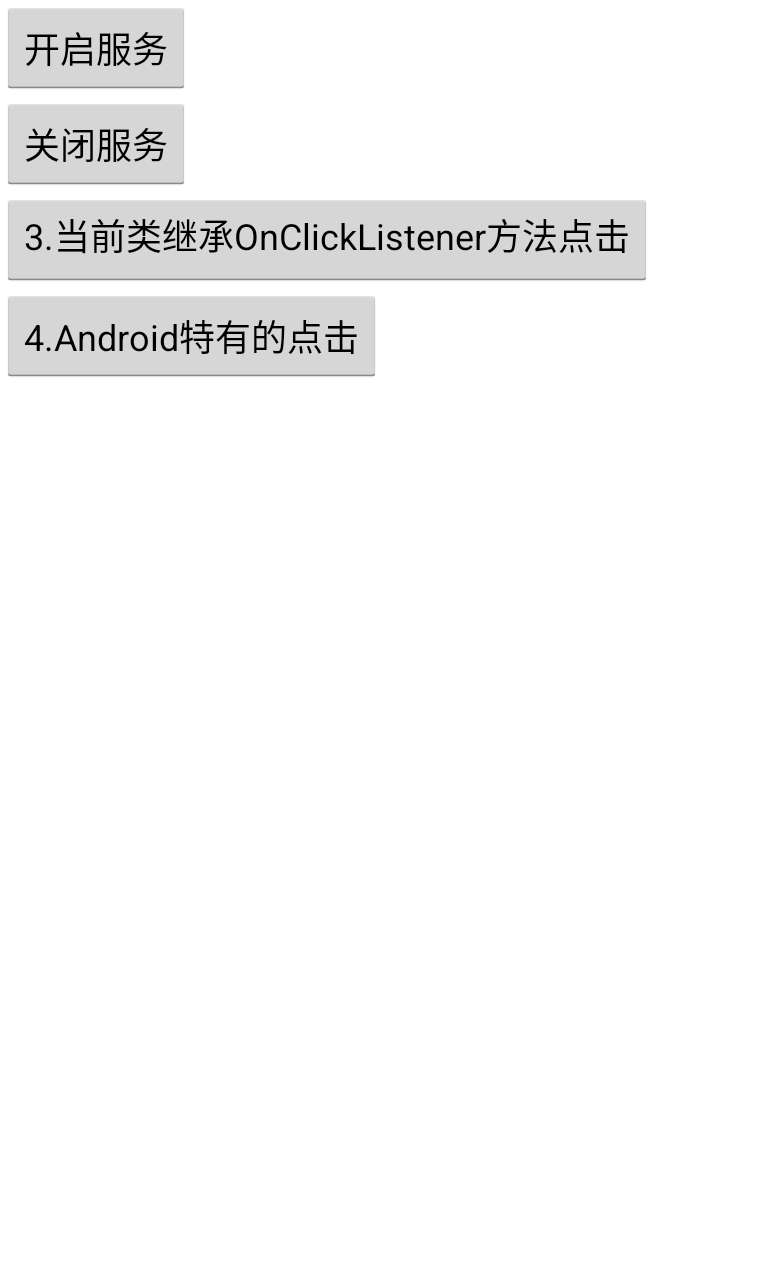
Repository: IvyZh/hm66
Layout: 黑马基础项目/res/layout/activity_service.xml
These files come from the project's save history. The layout is drawn as it stood at one moment and after the next save; the edit follows.
It is drawn on a 768 x 1280 px phone screen (xhdpi) without system bars, with theme AppTheme; the app's code is not run.

Above is the layout before, as saved 2016-05-26 09:03:31.

After the next save:
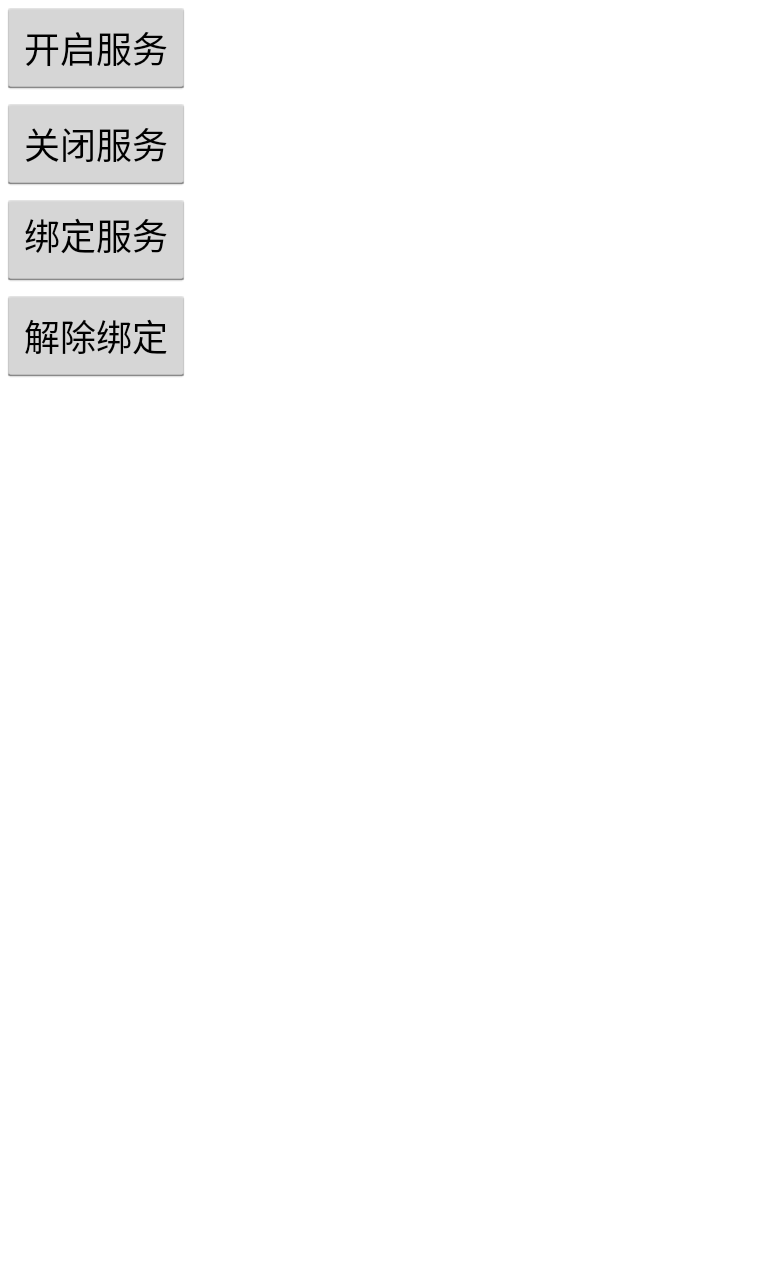
Saved 29 min 10 s later.
--- a/黑马基础项目/res/layout/activity_service.xml
+++ b/黑马基础项目/res/layout/activity_service.xml
@@ -24,13 +24,13 @@
         android:layout_height="wrap_content"
         android:gravity="left"
         android:onClick="click3"
-        android:text="3.当前类继承OnClickListener方法点击" />
+        android:text="绑定服务" />
 
     <Button
         android:id="@+id/bt_click4"
         android:layout_width="wrap_content"
         android:layout_height="wrap_content"
         android:onClick="click4"
-        android:text="4.Android特有的点击" />
+        android:text="解除绑定" />
 
 </LinearLayout>
